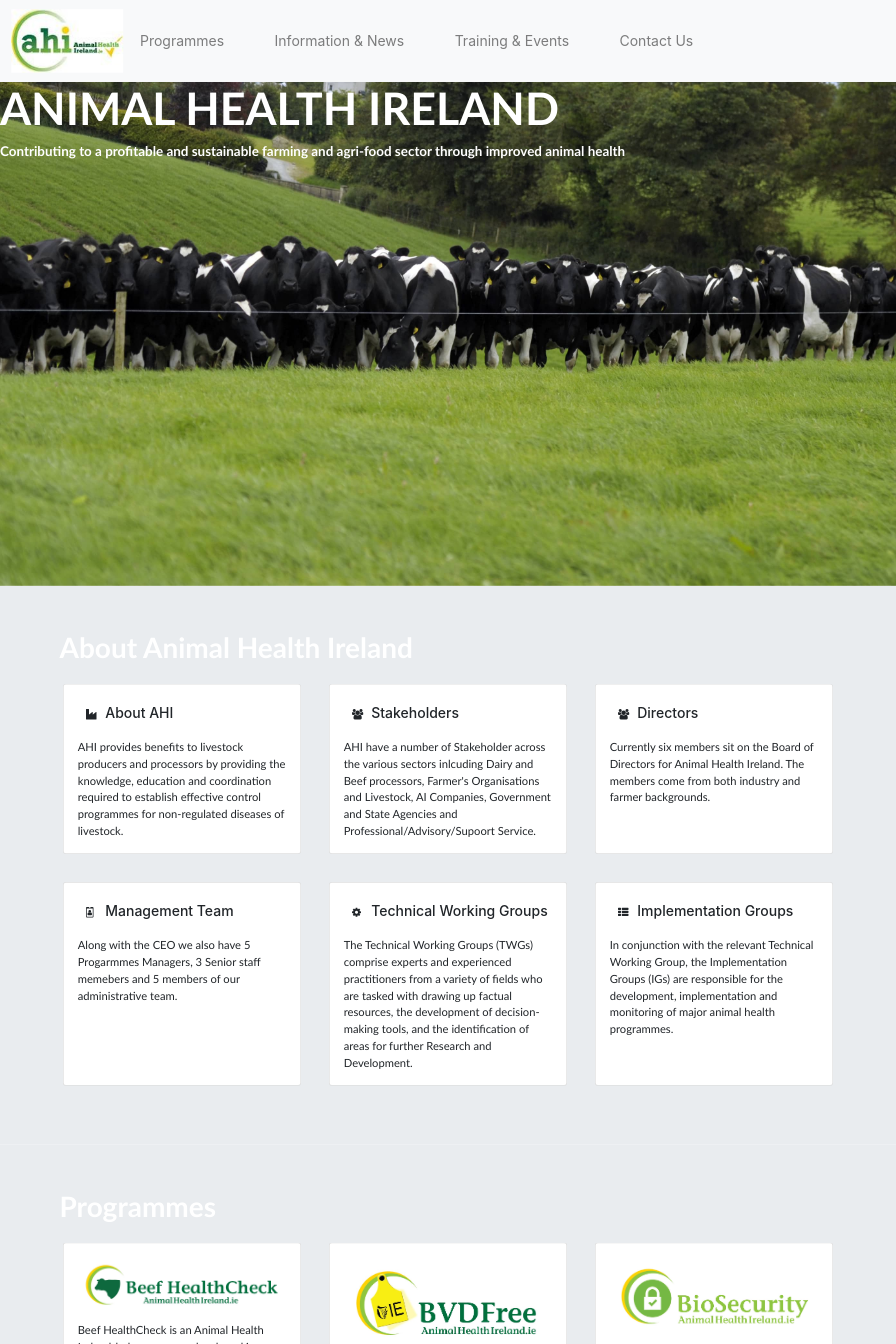
Repository: lisaannbyrne1/MilestoneProject1
Page: index.html
The author's editor kept a record of every edit. The page is drawn from the files as they stood at one moment, then again after the next edit.
The browser window is 1280 px wide. The pictures show the part of the page from y = 0 to 1920 px (the page is 4052 px tall), at 70% of full size.
Backgrounds fixed to the window are drawn as part of the page.

Above is the page before.

### index.html
<!DOCTYPE html>
<html lang="en">

<head>
  <meta charset="UTF-8">
  <meta name="viewport" content="width=device-width, initial-scale=1.0">
  <meta http-equiv="X-UA-Compatible" content="ie=edge">
  <link rel="stylesheet" href="https://stackpath.bootstrapcdn.com/bootstrap/4.3.1/css/bootstrap.min.css" integrity="sha384-ggOyR0iXCbMQv3Xipma34MD+dH/1fQ784/j6cY/iJTQUOhcWr7x9JvoRxT2MZw1T" crossorigin="anonymous">
  <link rel="stylesheet" href="https://cdnjs.cloudflare.com/ajax/libs/font-awesome/4.7.0/css/font-awesome.min.css">
  <link rel="stylesheet" href="./assets/css/style.css" type="text/css" />
  <title>Animal Health Ireland</title>
</head>

<body>


  <!--Navigation Bar-->

  <nav class="navbar navbar-expand-lg navbar-light bg-light">
    <a class="navbar-brand" href="#">
    <img src="assets/images/ahi-min.jpg" alt="AHI">
  </a>
    <button class="navbar-toggler" type="button" data-toggle="collapse" data-target="#navbarNav" aria-controls="navbarNav" aria-expanded="false" aria-label="Toggle navigation">
    <span class="navbar-toggler-icon"></span>
  </button>
    <div class="collapse navbar-collapse" id="navbarNav">
      <ul class="navbar-nav">
        <li class="nav-item">
          <a class="nav-link" href="#programmes">Programmes</a>
        </li>
        <li class="nav-item">
          <a class="nav-link" href="#news">Information & News</a>
        </li>
        <li class="nav-item">
          <a class="nav-link" href="#training">Training & Events</a>
        </li>
        <li class="nav-item">
          <a class="nav-link" href="#footer-details">Contact Us</a>
        </li>
      </ul>
    </div>
  </nav>


  <!--Landing-->

  <header>
    <div class="header" id="home">
      <h1 class="headtext">ANIMAL HEALTH IRELAND</h1>
      <p class="subtext">Contributing to a profitable and sustainable farming and agri-food sector through improved animal health</p>
    </div>
  </header>

  <!--About-->

  <div class="jumbotron jumbotron-fluid" id="about">
    <section id="about-ahi">
      <div class="container" id="container-about">
        <h1 class="section-title"> About Animal Health Ireland</h1>
        <div class="row">
          <div class="col-md-4 ahi-cards">
            <div class="card">
              <div class="card-body">
                <h5 class="card-title"><i class="fa fa-industry"></i> About AHI</h5>
                <p class="card-text"> AHI provides benefits to livestock producers and processors by providing the knowledge, education and coordination required to establish effective control programmes for non-regulated diseases of livestock.</p>
              </div>
            </div>
          </div>
          <div class="col-md-4 ahi-cards">
            <div class="card">
              <div class="card-body">
                <h5 class="card-title"><i class="fa fa-users"></i> Stakeholders</h5>
                <p class="card-text">AHI have a number of Stakeholder across the various sectors inlcuding Dairy and Beef processors, Farmer's Organisations and Livestock, AI Companies, Government and State Agencies and Professional/Advisory/Supoort Service.</p>
              </div>
            </div>
          </div>
          <div class="col-md-4 ahi-cards">
            <div class="card">
              <div class="card-body">
                <h5 class="card-title"><i class="fa fa-users" aria-hidden="true"></i> Directors</h5>
                <p class="card-text">Currently six members sit on the Board of Directors for Animal Health Ireland. The members come from both industry and farmer backgrounds.</p>
              </div>
            </div>
          </div>
        </div>
        <div class="row">
          <div class="col-md-4 ahi-cards">
            <div class="card">
              <div class="card-body">
                <h5 class="card-title"><i class="fa fa-id-badge"></i> Management Team</h5>
                <p class="card-text">Along with the CEO we also have 5 Progarmmes Managers, 3 Senior staff memebers and 5 members of our administrative team. </p>
              </div>
            </div>
          </div>
          <div class="col-md-4 ahi-cards">
            <div class="card">
              <div class="card-body">
                <h5 class="card-title"><i class="fa fa-cog"></i> Technical Working Groups</h5>
                <p class="card-text">The Technical Working Groups (TWGs) comprise experts and experienced practitioners from a variety of fields who are tasked with drawing up factual resources, the development of decision-making tools, and the identification of areas for
                  further Research and Development.</p>
              </div>
            </div>
          </div>
          <div class="col-md-4 ahi-cards">
            <div class="card">
              <div class="card-body">
                <h5 class="card-title"> <i class="fa fa-th-list"></i> Implementation Groups</h5>
                <p class="card-text">In conjunction with the relevant Technical Working Group, the Implementation Groups (IGs) are responsible for the development, implementation and monitoring of major animal health programmes.</p>
              </div>
            </div>
          </div>
        </div>
      </div>
  </div>

  </section>

  <!--Programmes-->

  <div class="jumbotron jumbotron-fluid" id="programmes">
    <section id="prog">
      <div class="container" id="container-prog">
        <h1 class="section-title">Programmes</h1>

        <div class="row">
          <div class="col-md-4 ahi-cards">
            <div class="card">
              <div class="card-body">
                <img src="assets/images/bhc-min.jpg" class="card-img-top" alt="Beef HealthCheck">
                <h5 class="card-title"> </h5>
                <p class="card-text">Beef HealthCheck is an Animal Health Ireland-led programme developed in collaboration with Meat Industry Ireland.</p>
              </div>
            </div>
          </div>

          <div class="col-md-4 ahi-cards">
            <div class="card">
              <div class="card-body">
                <img src="assets/images/bvd-min.jpg" class="card-img-top" alt="BVDFree">
                <h5 class="card-title"> </h5>
                <p class="card-text">National Eradication Programme.</p>
              </div>
            </div>
          </div>

          <div class="col-md-4 ahi-cards">
            <div class="card">
              <div class="card-body">
                <img src="assets/images/bs-min.jpg" class="card-img-top" alt="BioSecurity">
                <h5 class="card-title"> </h5>
                <p class="card-text">Biosecurity encompasses both bioexclusion (keeping infectious diseases out of holdings) and biocontainment (reducing infectious disease threats within the farm).</p>
              </div>
            </div>
          </div>
        </div>

        <div class="row">
          <div class="col-md-4 ahi-cards">
            <div class="card">
              <div class="card-body">
                <img src="assets/images/cc-min.jpg" class="card-img-top" alt="CalfCare">
                <h5 class="card-title"></h5>
                <p class="card-text"> </p>
                <p class="card-text">AHI have a number of Stakeholder across the various sectors inlcuding Dairy and Beef processors, Farmer's Organisations and Livestock, AI Companies, Government and State Agencies and Professional/Advisory/Supoort Service.</p>
              </div>
            </div>
          </div>

          <div class="col-md-4 ahi-cards">
            <div class="card">
              <div class="card-body">
                <img src="assets/images/cck-min.jpg" class="card-img-top" alt="CellCheck">
                <h5 class="card-title"> </h5>
                <p class="card-text">CellCheck is the national mastitis control programme, coordinated and facilitated by Animal Health Ireland.</p>
              </div>
            </div>
          </div>

          <div class="col-md-4 ahi-cards">
            <div class="card">
              <div class="card-body">
                <img src="assets/images/ibr-min.jpg" class="card-img-top" alt="IBRFree">
                <h5 class="card-title"> </h5>
                <p class="card-text">The initials ‘IBR’ stand for ‘Infectious Bovine Rhinotracheitis’ indicating that the disease spreads between cattle (Infectious Bovine) and usually causes the nose (Rhino-) and upper airways (-trache-) to become inflamed (-it is).</p>
              </div>
            </div>
          </div>
        </div>

        <div class="row">
          <div class="col-md-4 ahi-cards">
            <div class="card">
              <div class="card-body">
                <img src="assets/images/jd-min.jpg" class="card-img-top" alt="Johnes Disease">
                <h5 class="card-title"> </h5>
                <p class="card-text">The Irish Johne’s Control Programme (IJCP) represents a significant step for the Irish cattle industries in developing a long-term approach to the control of Johne’s disease.</p>
              </div>
            </div>
          </div>

          <div class="col-md-4 ahi-cards">
            <div class="card">
              <div class="card-body">
                <img src="assets/images/pc-min.jpg" class="card-img-top" alt="Parasite Control">
                <h5 class="card-title"> </h5>
                <p class="card-text">Effective and timely parasite control on farm has significant impacts on animal health, farm productivity and the processing industry.</p>
              </div>
            </div>
          </div>

          <div class="col-md-4 ahi-cards">
            <div class="card">
              <div class="card-body">
                <img src="assets/images/phc-min.jpg" class="card-img-top" alt="Pig Heath Check">
                <h5 class="card-title"> </h5>
                <p class="card-text">Targeted Advisory Service on Animal Health in Pig Health</p>
              </div>
            </div>
          </div>
        </div>

      </div>
  </div>
  </section>


  <!--Information & News-->

  <div class="jumbotron jumbotron-fluid" id="news">
    <section id="info">
      <div class="container" id="container-training">
        <h1 class="section-title">Information & News</h1>
        <div class="row">
          <div class="col-md-4 ahi-cards">
            <div class="card">
              <div class="card-body">
                <h5 class="card-title"><i class="fa fa-newspaper-o" aria-hidden="true"></i> Newsletters & Bulletins</h5>
                <p class="card-text">Sign up here to receive AHI Newsletters and Bulletins.</p>
                <a href="https://portal.animalhealthireland.ie/NewsletterSignUp/" target="_blank" class="btn btn-outline-secondary">Sign Up</a>
              </div>
            </div>
          </div>

          <div class="col-md-4 ahi-cards">
            <div class="card">
              <div class="card-body">
                <h5 class="card-title"><i class="fa fa-book" aria-hidden="true"></i>Published Guides</h5>
                <p class="card-text">AHI has created a series of helpful information publications which are available to download as a PDF.</p>
                <a href="https://portal.animalhealthireland.ie/NewsletterSignUp/" target="_blank" class="btn btn-outline-secondary">Sign Up</a>
              </div>
            </div>
          </div>
          <div class="col-md-4 ahi-cards">
            <div class="card">
              <div class="card-body">
                <h5 class="card-title"><i class="fa fa-briefcase" aria-hidden="true"></i> Careers</h5>
                <p class="card-text">Please check back again for vacancies with Animal Health Ireland.</p>
              </div>
            </div>
          </div>
        </div>
      </div>
  </div>
  </section>

  <!--Training & Events-->

  <div class="jumbotron jumbotron-fluid" id="training">
    <section id="train-events">
      <div class="container" id="container-training">
        <h1 class="section-title">Training & Events</h1>
        <div class="row">
          <div class="col-md-4 ahi-cards">
            <div class="card">
              <div class="card-body">
                <h5 class="card-title"><i class="fa fa-graduation-cap" aria-hidden="true"></i>Veterinary Training</h5>
                <p class="card-text">As part of the Rural Development Plan 2014-2020, DAFM, in conjunction with the EU, are funding a Targeted Advisory Service on Animal Health (TASAH) for farmers, delivered by trained veterinary practitioners.</p>
              </div>
            </div>
          </div>

          <div class="col-md-4 ahi-cards">
            <div class="card">
              <div class="card-body">
                <h5 class="card-title"><i class="fa fa-check-square-o" aria-hidden="true"></i>Training Experience of Interest</h5>
                <p class="card-text">Register your interest in taking part in future training relating to AHI Programmes.</p>
                <a href="https://portal.animalhealthireland.ie/traineoi/" target="_blank" class="btn btn-outline-secondary">Expression of Interest</a>
              </div>
            </div>
          </div>
          <div class="col-md-4 ahi-cards">
            <div class="card">
              <div class="card-body">
                <h5 class="card-title"><i class="fa fa-calendar" aria-hidden="true"></i>Events</h5>
                <p class="card-text">Please check back for up and coming on farm and training events that will be taking place.</p>
              </div>
            </div>
          </div>
        </div>
      </div>
  </div>
  </section>


  <!--Footer-->
  <footer class="container-fluid">
    <div id="footer-details" class="row">
      <div class="col-sm-4">
        <img src="assets/images/ahi.jpg" class="card-img-top" alt="AHILogo" id="footerlogo">
        <h5 class="uppercase general-sub"></h5>
      </div>

      <div class="col-sm-4" id="contacts">
        <h5 class="uppercase general-sub">Contact Us</h5>
        <i class="fa fa-phone" aria-hidden="true"></i> +353 (0) 71 9671928<br>
        <i class="fa fa-envelope" aria-hidden="true"></i> admin@animalhealthireland.ie<br>
        <i class="fa fa-map-marker" aria-hidden="true"></i> 4-5 The Archways, Carrick-on-Shannon, Co. Leitrim N41 WN2<br>
        <div class="footer-social-icons">
          <h5 class="uppercase general-sub">Follow Us On</h5>
          <a href="https://www.facebook.com/Animal.Health.Ireland/" target="_blank" class="fa fa-facebook"></a>
          <a href="https://twitter.com/animalhealthire?lang=en" target="_blank" class="fa fa-twitter"></a>
          <a href="https://www.youtube.com/channel/UCriAefzKXK5CNfb0e8MikMA" target="_blank" class="fa fa-youtube"></a>
          <a href="https://ie.linkedin.com/company/animal-health-ireland" target="_blank" class="fa fa-linkedin"></a>
        </div>
      </div>

      <div class="col-sm-4" id="signup">
        <h5 class="uppercase general-sub">Sign Up with Us</h5>
        <p class="inline-block">
          <a href="https://portal.animalhealthireland.ie/NewsletterSignUp/" target="_blank" class="btn btn-secondary">Newsletters & Bulletins</a>
          <a href="https://portal.animalhealthireland.ie/traineoi/" target="_blank" class="btn btn-secondary">Expression of Interest</a>
        </p>
        </ul>
      </div>

    </div>
  </footer>

  <script src="https://code.jquery.com/jquery-3.3.1.slim.min.js" integrity="sha384-q8i/X+965DzO0rT7abK41JStQIAqVgRVzpbzo5smXKp4YfRvH+8abtTE1Pi6jizo" crossorigin="anonymous"></script>
  <script src="https://cdnjs.cloudflare.com/ajax/libs/popper.js/1.14.7/umd/popper.min.js" integrity="sha384-UO2eT0CpHqdSJQ6hJty5KVphtPhzWj9WO1clHTMGa3JDZwrnQq4sF86dIHNDz0W1" crossorigin="anonymous"></script>
  <script src="https://stackpath.bootstrapcdn.com/bootstrap/4.3.1/js/bootstrap.min.js" integrity="sha384-JjSmVgyd0p3pXB1rRibZUAYoIIy6OrQ6VrjIEaFf/nJGzIxFDsf4x0xIM+B07jRM" crossorigin="anonymous"></script>

</body>

</html>

### assets/css/style.css
/*--Fonts--*/

.section-title {
    font-family: Calibri, Helvetica, sans-serif;
    color: #fff;
    font-weight: bold;
    text-align: left;
}

p, h3 {
    font-family: Calibri, Helvetica, sans-serif;
    color: rgba(0 0 0 .5);
}

/*--Landing fonts/images--*/

body {
    margin: 0;
}


.headtext {
    color: #fff;
    font-family: Calibri, Helvetica, sans-serif;
    font-size: 4rem;
    font-weight: 900;
    display: flex;
  align-items: center;


}

.subtext {
    color: #fff;
    font-family: Calibri, Helvetica, sans-serif;
    font-size: 1.2rem;
     font-weight: 900;
     display: flex;
  align-items: center;
}

.vertical-center {
  min-height: 100%;  /* Fallback for browsers do NOT support vh unit */
  min-height: 100vh; /* These two lines are counted as one :-)       */

  display: flex;
  align-items: center;
}

}

#logo {
    padding-top: 30px;
    width: 255px;
    height: 150px;
    margin-right: 20px;

}

/*--Sections--*/

header {
    background-attachment: fixed;
    background-image: url("../images/landing-min.jpg");
    background-position: bottom;
    background-size: cover;
    text-align: center;
    margin-bottom: 0px;
    height: 100vh;
    width: 100%;
    z-index: 1;

}


/*--Navigation--*/

.navbar {
    background-color: #fff;
    position: -webkit-sticky;
    position: sticky;
    width: 100%;
    z-index: 1000000;
    top: 0;
}

.navbar-expand-lg .navbar-nav .nav-link {
    padding left: 4rem;
    padding-right: 4rem;
    font-size: 20px;

}

/*--Sections--*/

#about {
    background-attachment: fixed;
  /*  background-image: url("../../assets/images/about.JPG"); */
    background-position: bottom;
    background-size: cover;
    margin-bottom: 0px;
    z-index: 1;
}

#programmes {
    background-attachment: fixed;
   /*  background-image: url("../../assets/images/programmes.jpg"); */
    background-position: bottom;
    background-size: cover;
    margin-bottom: 0px;
    z-index: 1;
}

#news {
    background-attachment: fixed;
   /*  background-image: url("../../assets//images/news.JPG"); */
    background-position: bottom;
    background-size: cover;
    margin-bottom: 0px;
    z-index: 1;
}

#training {
    background-attachment: fixed;
  /*  background-image: url("../../assets/images/train.jpg"); */
    background-position: bottom;
    background-size: cover;
    margin-bottom: 0px;
    z-index: 1;
}


/*--Cards--*/

.ahi-cards {
    display: grid;
    grid-template-rows: none|auto|max-content|min-content|length|initial|inherit;
    padding: 20px 20px 20px 20px;
}

.card-body {
    flex: 1 1 auto;
    padding: 1.25rem;

}


/*--Transitions--*/

.card {
    transform: translateZ(0px);
    transition-duration: .3s;
    transition-property: transform;
}

.card:hover {
    transform: scale(1.1);
}


/*--Footer--*/

.container-fluid {
    padding-top: 20px;
    background-color: #f8f9fa;
    width: 100%;
}

#footerlogo {
    display: block;
    width: 50%;
    height: auto;
    margin-top: 20px;
    margin-left: 60px;
}

.btn-secondary {
    display: block;
    width: 50%;
    margin-top: 20px;
    margin-bottom: 20px;
    margin-left: 50px;

    }


a {
    text-decoration: none;
    color: #000;
    color: rgba(0, 0, 0, .5);
}

.button {
    background-color: #4CAF50;
    border: none;
    color: white;
    padding: 15px 32px;
    text-align: center;
    text-decoration: none;
    display: inline-block;
    font-size: 16px;
    margin: 4px 2px;
    cursor: pointer;
}

a.button {
text-decoration: none;
}

/*--Footer Socials--*/

.fa {
    padding: 10px;
    font-size: 15px;
    width: 30px;
    text-align: center;
    text-decoration: none;
    margin: 5px 2px;
    border-radius: 50%;
}

.fa:hover {
    opacity: 0.7;
}

.fa-facebook {
    background: #3B5998;
    color: white;
}

.fa-twitter {
    background: #55ACEE;
    color: white;
}

.fa-youtube {
    background: #bb0000;
    color: white;
}

.fa-linkedin {
    background: #007bb5;
    color: white;
}



/*--Media Queries--*/

@media only screen and (max-width: 600px) {
  body {
    background-color: lightblue;
  }
}

After the next edit:
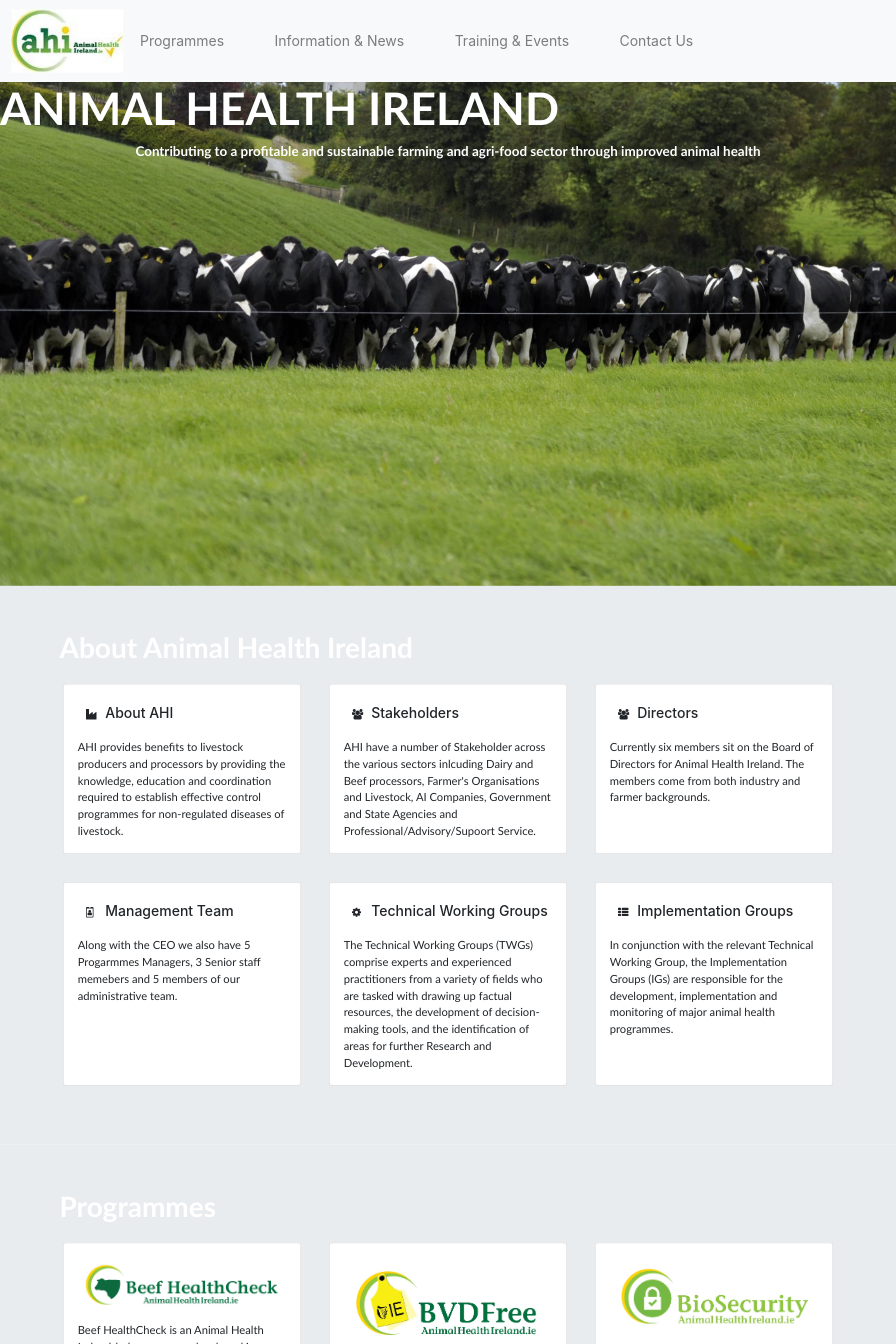
The edit:
--- a/assets/css/style.css
+++ b/assets/css/style.css
@@ -35,18 +35,8 @@
     font-family: Calibri, Helvetica, sans-serif;
     font-size: 1.2rem;
      font-weight: 900;
-     display: flex;
+
   align-items: center;
-}
-
-.vertical-center {
-  min-height: 100%;  /* Fallback for browsers do NOT support vh unit */
-  min-height: 100vh; /* These two lines are counted as one :-)       */
-
-  display: flex;
-  align-items: center;
-}
-
 }
 
 #logo {
